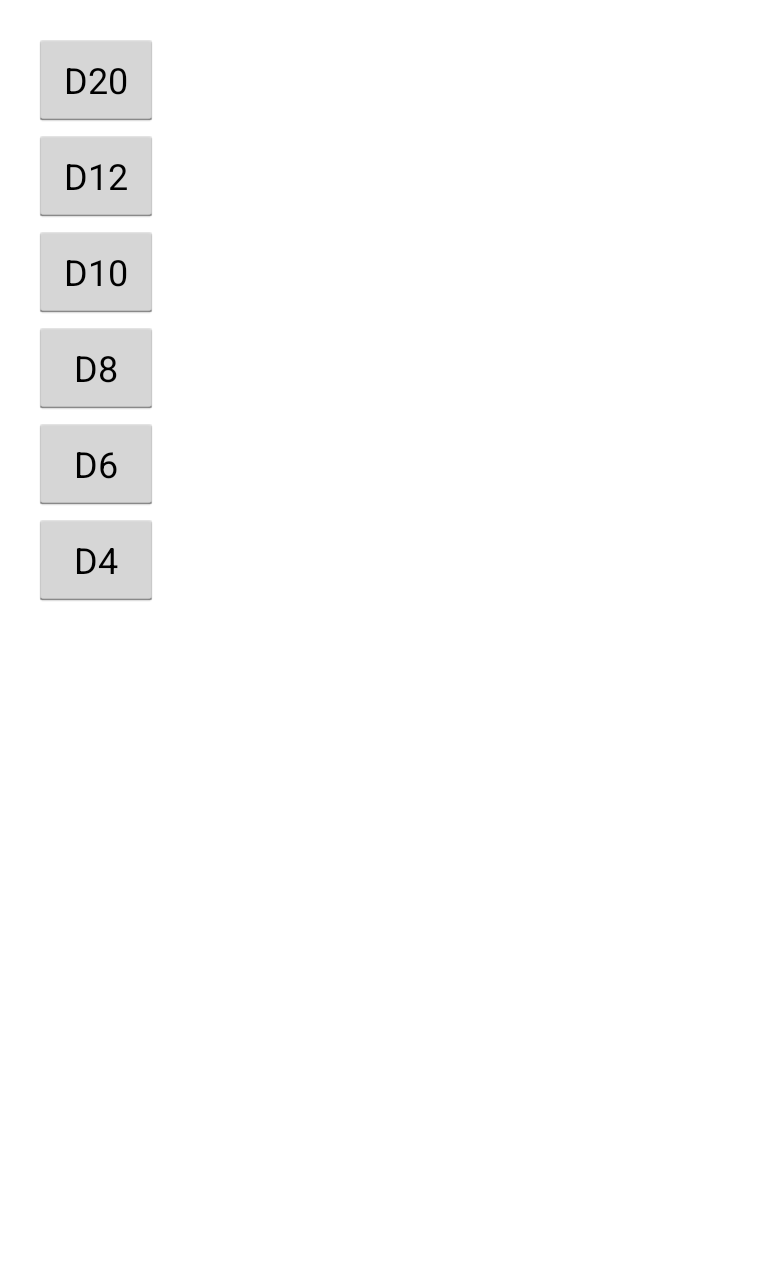
Repository: Bjodol/Roller
Layout: Roller/res/layout/activity_main.xml
The author's editor kept a copy of each file at every save. The layout is drawn from the files as they stood at one save, then again after the next save.
It is drawn on a 768 x 1280 px phone screen (xhdpi) without system bars, with theme AppTheme; the app's code is not run.

Above is the layout before, as saved 2013-08-29 08:44:21.

### Roller/res/layout/activity_main.xml
<LinearLayout xmlns:android="http://schemas.android.com/apk/res/android"
    xmlns:tools="http://schemas.android.com/tools"
    android:layout_width="match_parent"
    android:layout_height="match_parent"
    android:paddingBottom="@dimen/activity_vertical_margin"
    android:paddingLeft="@dimen/activity_horizontal_margin"
    android:paddingRight="@dimen/activity_horizontal_margin"
    android:paddingTop="@dimen/activity_vertical_margin"
    android:orientation="vertical"
    tools:context=".MainActivity" >

    <Button
        android:layout_width="wrap_content"
        android:layout_height="wrap_content"
        android:text="@string/d20" />

    <Button
        android:layout_width="wrap_content"
        android:layout_height="wrap_content"
        android:text="@string/d12" />

    <Button
        android:layout_width="wrap_content"
        android:layout_height="wrap_content"
        android:text="@string/d10" />

    <Button
        android:layout_width="wrap_content"
        android:layout_height="wrap_content"
        android:text="@string/d8" />

    <Button
        android:layout_width="wrap_content"
        android:layout_height="wrap_content"
        android:text="@string/d6" />

    <Button
        android:layout_width="wrap_content"
        android:layout_height="wrap_content"
        android:text="@string/d4" />

    <Button
        android:layout_width="fill_screen"
        android:layout_height="wrap_content"
        android:text="@string/roll"/>


</LinearLayout>

### Roller/res/values/strings.xml
<?xml version="1.0" encoding="utf-8"?>
<resources>

    <string name="app_name">Roller</string>
    <string name="action_settings">Settings</string>
    <string name="d20">D20</string>
    <string name="d12">D12</string>
    <string name="d10">D10</string>
    <string name="d8">D8</string>
    <string name="d6">D6</string>
    <string name="d4">D4</string>
    <string name="roll">ROLL</string>

</resources>

Loaded but not shown: Roller/res/values/styles.xml (common file); Roller/res/values-v11/styles.xml (common file); Roller/res/values-v14/styles.xml (common file); Roller/res/values/dimens.xml (common file)

After the next save:
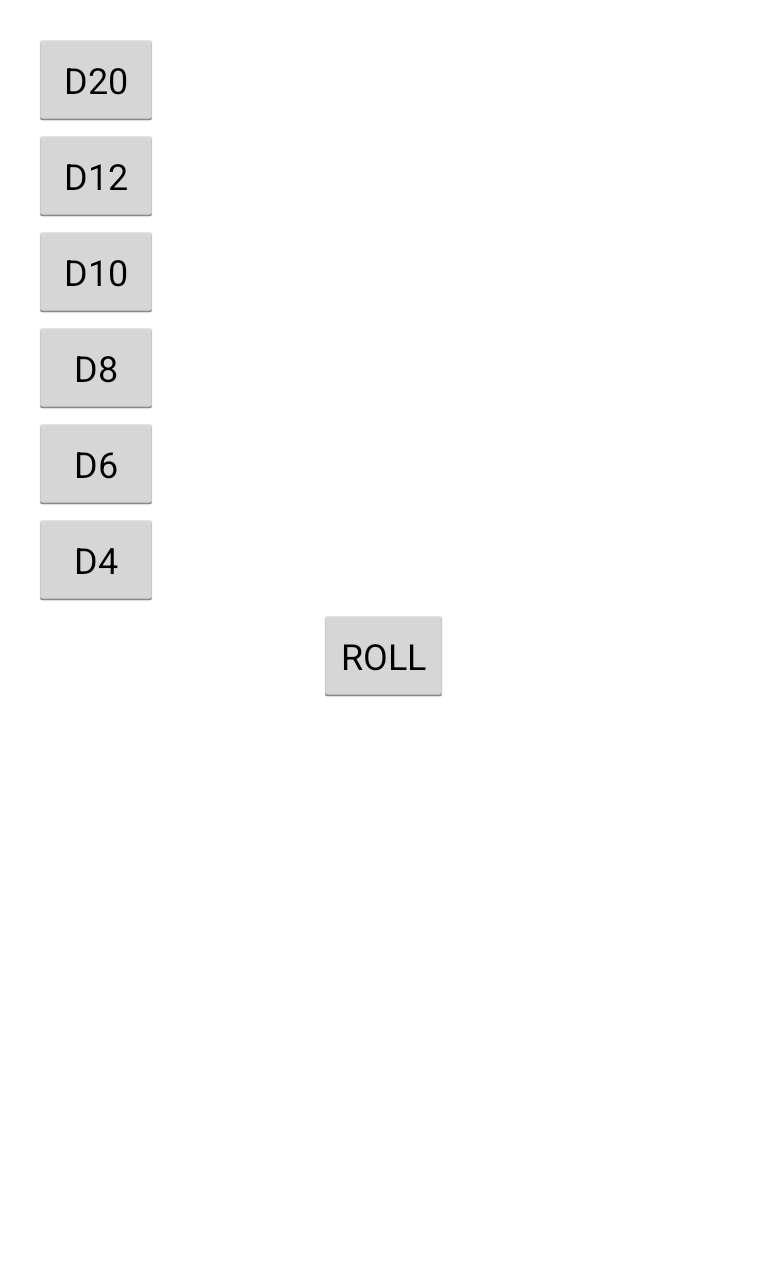
Saved 103 s later.
--- a/Roller/res/layout/activity_main.xml
+++ b/Roller/res/layout/activity_main.xml
@@ -40,8 +40,9 @@
         android:text="@string/d4" />
 
     <Button
-        android:layout_width="fill_screen"
+        android:layout_width="wrap_content"
         android:layout_height="wrap_content"
+        android:layout_gravity="center"
         android:text="@string/roll"/>
 
 
